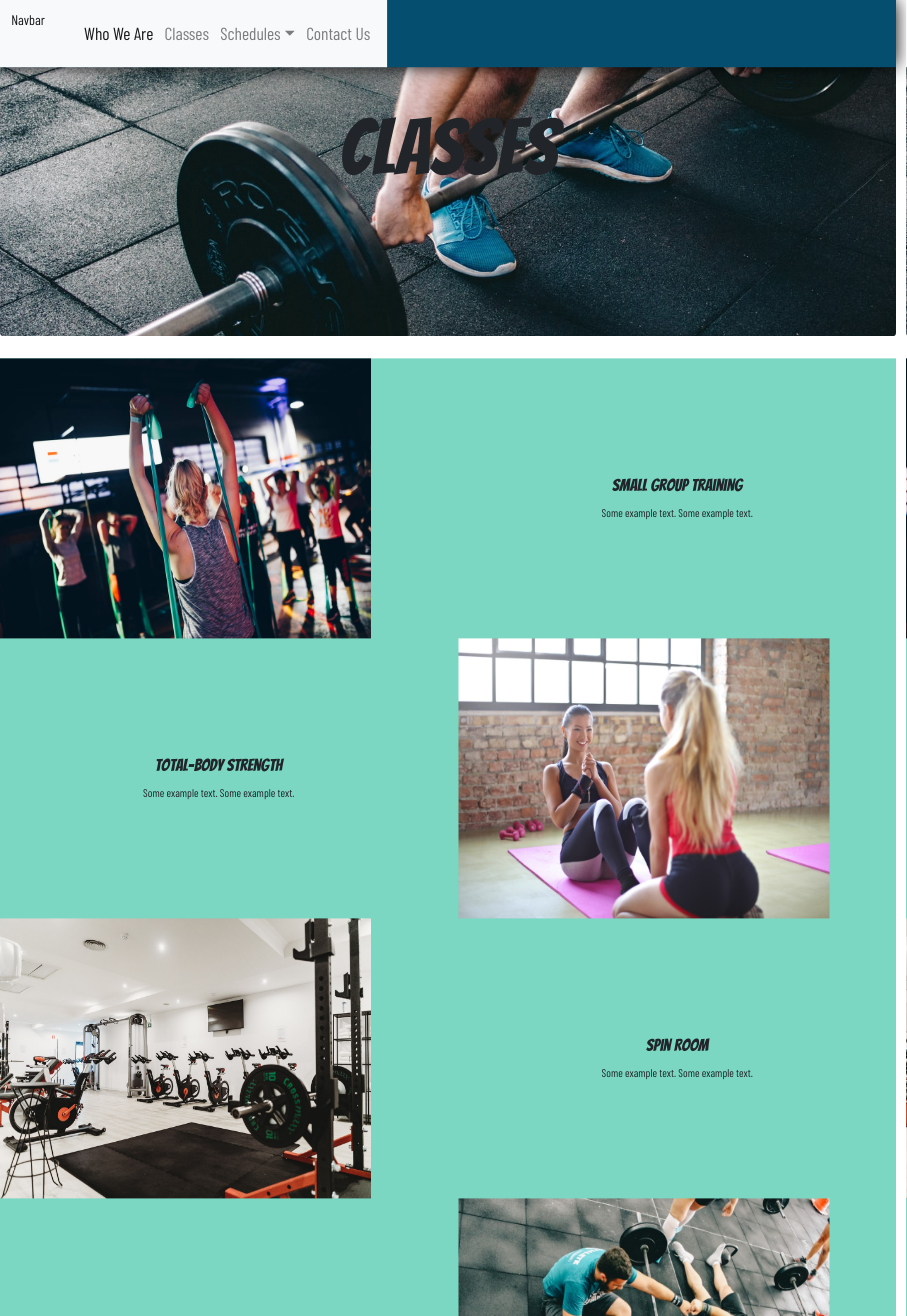
Repository: amybru/sweatitout
Page: classes.html
The author's editor kept a record of every edit. The page is drawn from the files as they stood at one moment, then again after the next edit.
The browser window is 1280 px wide. The page is 1295 px wide, so the pictures cover 1295 px, including what lies to the right of the window. The pictures show the part of the page from y = 0 to 1880 px (the page is 2788 px tall), at 70% of full size.
Some web fonts or font styles are not loaded; a fallback is used. Some web libraries are served in a nearby version.

Above is the page before.

### classes.html
<!DOCTYPE html>
<html>

<head>
    <meta charset="utf-8">
    <meta name="viewport" content="width=device-width, initial-scale=1.0">
    <link rel="stylesheet" href="https://maxcdn.bootstrapcdn.com/bootstrap/4.2.1/css/bootstrap.min.css" type="text/css" />
    <link rel="stylesheet" href="https://maxcdn.bootstrapcdn.com/font-awesome/4.7.0/css/font-awesome.min.css" type="text/css" />
    <link href="https://fonts.googleapis.com/css?family=Bangers|Barlow+Condensed:200,300,400,500,700&display=swap" rel="stylesheet">
    <link rel="stylesheet" type="text/css" href="css/style.css">
    <title>Gym</title>
</head>

<body>

    <header>
        <nav class="navbar navbar-expand-lg navbar-light bg-light">
            <a class="navbar-brand" href="#">Navbar</a>
            <button class="navbar-toggler" type="button" data-toggle="collapse" data-target="#navbarNavDropdown" aria-controls="navbarNavDropdown" aria-expanded="false" aria-label="Toggle navigation">
    <span class="navbar-toggler-icon"></span>
  </button>
            <div class="collapse navbar-collapse" id="navbarNavDropdown">
                <ul class="navbar-nav">
                    <li class="nav-item active">
                        <a class="nav-link" href="#">Who We Are <span class="sr-only">(current)</span></a>
                    </li>
                    <li class="nav-item">
                        <a class="nav-link" href="#">Classes</a>
                    </li>
                    <li class="nav-item dropdown">
                        <a class="nav-link dropdown-toggle" href="#" id="navbarDropdownMenuLink" role="button" data-toggle="dropdown" aria-haspopup="true" aria-expanded="false">Schedules</a>
                        <div class="dropdown-menu" aria-labelledby="navbarDropdownMenuLink">
                            <a class="dropdown-item uppercase" href="./img/2018schedule.pdf" target="_blank">2018 Schedule</a>
                            <a class="dropdown-item uppercase" href="./img/2019schedule.pdf" target="_blank">2019 Schedule</a>
                            <a class="dropdown-item uppercase" href="./img/2019schedule.pdf" target="_blank">2020 Schedule</a>
                        </div>
                    </li>
                    <li class="nav-item">
                        <a class="nav-link" href="#">Contact Us</a>
                    </li>
                </ul>
            </div>
        </nav>
    </header>

    <section class="jumbotron" id="classes-view">
        <div class="row">
            <div class="col-12">
                <section class="callout">
                    <h1 class="gym-name">Classes</h1>
                </section>
            </div>
        </div>
    </section>

    <section class="classesavailable">
        <div class="row align-items-center content">
            <div class="col-md-6 order-2 order-md-1">
                <img src="./img/gymthree.jpg" alt="Small Group" id="optionone">
            </div>
            <div class="col-md-6 text-center order-2 order-md-1">
                <div class="row justify-content-center">
                    <div class="col-10 col-lg-8 blurb">
                        <h4 class="card-title">Small Group Training</h4>
                        <p class="card-text">Some example text. Some example text.</p>
                    </div>
                </div>
            </div>
        </div>

        <div class="row align-items-center content">
            <div class="col-md-6 text-center order-2 order-md-1">
                <div class="row justify-content-center">
                    <div class="col-10 col-lg-8 blurb">
                        <h4 class="card-title">Total-Body Strength</h4>
                        <p class="card-text">Some example text. Some example text.</p>
                    </div>
                </div>
            </div>
            <div class="col-md-6 order-2 order-md-1">
                <img src="./img/gymone.jpeg" alt="Total Body Strength" id="optiontwo">
            </div>
        </div>

        <div class="row align-items-center content">
            <div class="col-md-6 order-2 order-md-1">
                <img src="./img/classesone.jpg" alt="Spin Room" id="optionthree">
            </div>
            <div class="col-md-6 text-center order-2 order-md-1">
                <div class="row justify-content-center">
                    <div class="col-10 col-lg-8 blurb">
                        <h4 class="card-title">Spin Room</h4>
                        <p class="card-text">Some example text. Some example text.</p>
                    </div>
                </div>
            </div>
        </div>

        <div class="row align-items-center content">
            <div class="col-md-6 text-center order-2 order-md-1">
                <div class="row justify-content-center">
                    <div class="col-10 col-lg-8 blurb">
                        <h4 class="card-title">One-On-One Training</h4>
                        <p class="card-text">Some example text. Some example text.</p>
                    </div>
                </div>
            </div>
            <div class="col-md-6 order-2 order-md-1">
                <img src="./img/gymtwo.jpg" alt="One-On-One" id="optionfour">
            </div>
        </div>
    </section>



    <section class="scheduling ">
        <table>
            <tr>
                <td class="weekday">Sunday</td>
                <td class="weekday">Monday</td>
                <td class="weekday">Tuesday</td>
                <td class="weekday">Wednesday</td>
                <td class="weekday">Thursday</td>
                <td class="weekday">Friday</td>
                <td class="weekday">Saturday</td>
            </tr>
            <tr>
                <td></td>
                <td>5:30am Lower-Body Burn</td>
                <td></td>
                <td>6:00am Upper-Body burn</td>
                <td>5:30am Lower-Body Burn</td>
                <td>6:00am Upper-Body Burn</td>
                <td></td>
            </tr>
            <tr>
                <td>7:00am Total Body Strength</td>
                <td></td>
                <td>7:00am Total Body Strength</td>
                <td></td>
                <td>7:00am Total Body Strength</td>
                <td></td>
                <td>7:00am Total Body Strength</td>
            </tr>
            <tr>
                <td>9:00am Spin Room</td>
                <td></td>
                <td></td>
                <td></td>
                <td></td>
                <td>9:00am Spin Room</td>
                <td>9:00am Spin Room</td>
            </tr>
            <tr>
                <td></td>
                <td></td>
                <td></td>
                <td>5:30pm Upper-Body Burn</td>
                <td>6:30pm Lower-Body Burn</td>
                <td>5:30pm Upper-Body Burn</td>
                <td>4:30pm Lower-Body Burn</td>
            </tr>
            <tr>
                <td>7:00pm Total Body Strength</td>
                <td>6:30pm Lower-Body Burn</td>
                <td>7:00pm Total Body Strength</td>
                <td></td>
                <td>7:00pm Total Body Strength</td>
                <td></td>
                <td>7:00pm Spin Room</td>
            </tr>
        </table>
    </section>

    <div class="row" id="schedule">
        <div class="col-sm-6">
            <h5 class="uppercase general-sub">Download the most up to date schedule</h5>
            <a href="./img/2019schedule.pdf" target="_blank" class="schedule-pdf">
                    <i class="fa fa-download" aria-hidden="true"></i>
                    <span class="sr-only">Download link</span>
                </a>
        </div>

        <div class="col-sm-6">
            <h5 class="uppercase general-sub">Questions? Interested in signing up for a class?</h5>
            <a href="contact.html" class="btn btn-lg classesbtn uppercase">Sign up today!</a>
        </div>
    </div>


    <footer class="footer container-fluid" id="footer">
        <div>
            <div id="footer-details">
                <h5 class="footer-name uppercase">SWEAT IT OUT</h5>
                <p class="block">123 1st Street<br> (555) 222-2323</p>
            </div>

            <div class="footer-social">
                <ul class="list-inline social-links">
                    <li class="list-inline-item">
                        <a target="_blank" href="https://www.facebook.com/">
                            <i class="fa fa-facebook" aria-hidden="true"></i>
                            <span class="sr-only"Facebook></span>
                        </a>
                    </li>
                    <li class="list-inline-item">
                        <a target="_blank" href="https://www.yelp.com/">
                            <i class="fa fa-yelp" aria-hidden="true"></i>
                            <span class="sr-only"Yelp></span>
                        </a>
                    </li>
                    <li class="list-inline-item">
                        <a target="_blank" href="https://www.google.com/">
                            <i class="fa fa-google-plus" aria-hidden="true"></i>
                            <span class="sr-only"Google+></span>
                        </a>
                    </li>
                    <li class="list-inline-item">
                        <a target="_blank" href="https://www.instagram.com/">
                            <i class="fa fa-instagram" aria-hidden="true"></i>
                            <span class="sr-only"Instagram></span>
                        </a>
                    </li>
                    <li class="list-inline-item">
                        <a target="_blank" href="https://twitter.com/?lang=en">
                            <i class="fa fa-twitter" aria-hidden="true"></i>
                            <span class="sr-only"Twitter></span>
                        </a>
                    </li>
                </ul>
            </div>
        </div>

    </footer>

</body>

<script src="https://code.jquery.com/jquery-3.3.1.slim.min.js" integrity="sha384-q8i/X+965DzO0rT7abK41JStQIAqVgRVzpbzo5smXKp4YfRvH+8abtTE1Pi6jizo" crossorigin="anonymous"></script>
<script src="https://cdnjs.cloudflare.com/ajax/libs/popper.js/1.14.7/umd/popper.min.js" integrity="sha384-UO2eT0CpHqdSJQ6hJty5KVphtPhzWj9WO1clHTMGa3JDZwrnQq4sF86dIHNDz0W1" crossorigin="anonymous"></script>
<script src="https://stackpath.bootstrapcdn.com/bootstrap/4.3.1/js/bootstrap.min.js" integrity="sha384-JjSmVgyd0p3pXB1rRibZUAYoIIy6OrQ6VrjIEaFf/nJGzIxFDsf4x0xIM+B07jRM" crossorigin="anonymous"></script>

</html>

### css/style.css
/* ----------------------------------------General */

body {
    font-family: 'Barlow Condensed', sans-serif;
    font-size: 400;
    margin-top: 80px;
}

h1 {
    font-family: 'Bangers', sans-serif;
}

.card-button {
    display: block;
    max-width: 300px;
    margin: auto;
    font-family: 'Bangers', sans-serif;
    font-weight: bold;
    border-radius: 23px;
    width: 160px;
    margin-top: 20px;
    background-color: #054e6f;
    color: #fbffff;
}

.card-button:hover {
    background-color: #ffd900;
    color: #fbffff;
}

.reviewb {
    background-color: #054e6f;
    color: #fbffff;
    border-radius: 23px;
    font-family: 'Bangers', sans-serif;
}

.reviewb:hover {
    background-color: #67c60a;
    color: #fbffff;
}

.modalbtn {
    color: white;
    background-color: #f05f40;
    border-color: #f05f40;
    border-radius: 23px;
    font-family: 'Bangers', sans-serif;
}

.landingbutton {
    color: white;
    background-color: #f05f40;
    border-color: #f05f40;
    border-radius: 23px;
    font-family: 'Bangers', sans-serif;
}

.free-button {
    display: block;
    max-width: 500px;
    margin: auto;
    font-family: 'Bangers', sans-serif;
    font-weight: bold;
    border-radius: 23px;
    width: 300px;
    margin-top: 40px;
    background-color: #054e6f;
    color: #fbffff;
}

.free-button:hover {
    background-color: #67c60a;
    color: #fbffff;
}

.btn-contact[type="submit"] {
    margin-top: 20px;
    margin-bottom: 30px;
    color: #000;
    background-color: #ffd900;
    font-family: 'Bangers', sans-serif;
}

.btn-contact:hover {
    color: #ffd900;
    background-color: #000;
}

.uppercase {
    text-transform: uppercase;
}

/* ----------------------------------------Navbar*/

header {
    background-color: #054e6f;
    color: #fbffff;
    position: fixed;
    top: 0;
    left: 0;
    right: 0;
    display: flex;
    box-shadow: 0 0 25px 0 #000;
    z-index: 1;
}


.navbar-brand {
    width: 80px;
    height: 80px;
    transition: transform .2s;
}

.navbar-brand:hover {
    transform: scale(1.25);
}

.navbar-nav li a {
    text-decoration: none;
    color: white;
    font-size: 25px;
    border-radius: 23px;
    text-align: right;
    transition-property: background-color;
    transition-duration: .5s;
    transition-timing-function: ease-in-out;
}

.navbar-nav li a:hover {
    color: #054e6f;
    background-color: #fbffff;
    border-radius: 23px;
}

.dropdown-menu {
    background-color: #ffd900;
    color: #054e6f;
    position: relative;
}

.dropdown-item {
    background-color: #ffd900;
    color: #054e6f;
    border-radius: 23px;
}

.dropdown-item:hover {
    color: #054e6f;
    background-color: #fbffff;
    transition-property: background-color;
    transition-duration: .5s;
    transition-timing-function: ease-in-out;
}

/* ---------------------------------------Jumbotrons */

.jumbotron {
    height: 22em;
    display: flex;
    justify-content: center;
    text-align: center;
    position: relative;
}

#landing-view {
    background-image: url("../img/gymfive.jpeg");
    height: 400px;
    background-position: center;
    background-repeat: no-repeat;
    background-size: cover;
    text-align: center;
}

#about-view {
    background-image: url("../img/gymfive.jpeg");
    height: 400px;
    background-position: center;
    background-repeat: no-repeat;
    background-size: cover;
    text-align: center;
}

#classes-view {
    background-image: url("../img/gymfour.jpg");
    height: 400px;
    background-position: center;
    background-repeat: no-repeat;
    background-size: cover;
    text-align: center;
}

#contact-view {
    background-image: url("../img/gymone.jpeg");
    height: 400px;
    background-position: center;
    background-repeat: no-repeat;
    background-size: cover;
    text-align: center;
}

/* ----------------------------------------Footer */

.footer {
    min-height: 130px;
    margin: 0;
    padding-bottom: 0;
}

footer {
    background-color: #054e6f;
    color: #fbffff;
    text-align: center;
}

.social-links {
    padding-bottom: 15px;
}

.social-links li a i {
    width: 32px;
    height: 32px;
    padding: 12px 0;
    border-radius: 50%;
    font-size: 13px;
    line-height: 7px;
    text-align: center;
    color: #fbffff;
    background: #000;
    transition: all 0.35s ease-in-out;
    -moz-transition: all 0.35s ease-in-out;
    -webkit-transition: all 0.35s ease-in-out;
    -o-transition: all 0.35s ease-in-out;
}

.social-links li a i:hover {
    background-color: #ffd900;
}

#footer-details {
    padding: 20px;
}

/* ----------------------------------------Home page styles */

.bg-color-about-landing {
    background-color: #fbffff;
    padding-top: 10px;
    margin-top: 10px;
    margin-bottom: 35px;
}

.bg-color-services-landing {
    background-color: #7bd7c2;
    padding: 40px;
}

.bg-color-review-landing {
    background-color: #ffd900;
}

.about-landing-page h3 {
    font-size: 60px;
    font-family: 'Bangers', sans-serif;
}

.about-landing-page p {
    font-size: 30px;
}

.gym-name {
    font-size: 7em;
}

.card-main {
    margin: 20px 10px;
    transition: transform .2s;
}

.card-main:hover {
    transform: scale(1.25);
}

.card-title {
    font-family: 'Bangers', sans-serif;
}

.review {
    padding-top: 3em;
    padding-bottom: 2em;
    margin: 0;
}

#reviews {
    font-family: 'Bangers', sans-serif;
    font-size: 40px;
}

/* ----------------------------------------About Page styles */

.about-about {
    background-color: #fbffff;
    margin: 0;
}

.about-about p {
    font-size: 35px;
}

.about-gallery {
    background-color: #7bd6c2;
    padding: 20px;
    margin: 0;
}

.about-gallery .flex {
    display: flex;
    margin-bottom: 25px;
    margin-top: 45px;
    align-items: center;
    padding: 40px;
}

.about-gallery h2 {
    margin-bottom: 40px;
    font-family: 'Bangers', sans-serif;
    font-size: 55px;
    padding-top: 20px;
    padding-left: 30px;
}

.about-gallery h3 {
    font-weight: 400;
    width: 100%;
    font-size: 32px;
    font-family: 'Bangers', sans-serif;
    line-height: 1;
}

.about-gallery p {
    font-weight: 400;
    margin-top: 5px;
    font-size: 18px;
    max-width: 600px;
    text-align: justify;
}

.about-gallery .photo {
    width: 208px;
    height: 211px;
    border-radius: 50%;
    position: relative;
}

.about-gallery .border {
    border: 5px solid #fbffff;
}

.instructor-details {
    padding-left: 30px;
    padding-right: 100px;
}


.about-skills {
    background-color: #054e6f;
    padding-top: 20px;
    padding-bottom: 30px;
    margin: 0;
}

.about-skills h3 {
    font-family: 'Bangers', sans-serif;
    font-size: 60px;
    text-align: center;
    color: #fff;
}

.about-skills h4 {
    font-family: 'Bangers', sans-serif;
    font-size: 30px;
    color: #ffd900;
}

.about-skills p {
    margin-bottom: 0;
    padding: 0;
    text-align: right;
    color: #fbffff;
}

.about-signup {
    background-color: #ffd900;
    text-align: center;
    padding-top: 50px;
    padding-bottom: 20px;
}

.about-signup h3 {
    font-family: 'Bangers', sans-serif;
    font-size: 55px;
}

.about-signup p {
    font-size: 30px;
}

/* ----------------------------------------Classes page styles*/

.classesavailable {
    background-color: #7bd7c2;
    width: 100%;
}

.options {
    margin: 10px 20px;
}

#optionone {
    height: 400px;
    width: 530px;
    margin-left: 0;
    background-position: center;
    background-repeat: no-repeat;
    background-size: cover;
    text-align: center;
}

#optiontwo {
    height: 400px;
    width: 530px;
    margin-right: 0;
    background-position: center;
    background-repeat: no-repeat;
    background-size: cover;
    text-align: center;
}

#optionthree {
    height: 400px;
    width: 530px;
    margin-left: 0;
    background-position: center;
    background-repeat: no-repeat;
    background-size: cover;
    text-align: center;
}

#optionfour {
    height: 400px;
    width: 530px;
    margin-right: 0;
    background-position: center;
    background-repeat: no-repeat;
    background-size: cover;
    text-align: center;
}



table {
    border-collapse: collapse;
    border: 2px solid rgb(200, 200, 200);
    letter-spacing: 1px;
    font-size: 0.8rem;
    margin-bottom: 10px;
    margin-top: 30px;
}

.weekday {
    font-family: 'Bangers', sans-serif;
    font-size: 20px;

}

td,
th {
    border: 1px solid rgb(190, 190, 190);
    padding: 10px 20px;
}

th {
    background-color: rgb(235, 235, 235);
}

td {
    text-align: center;
}

@media only screen and (max-width: 1026px) {
  .scheduling  {
    display: none;
  }
}

.schedule-pdf i {
    font-size: 25px;
    color: #ffd900;
    background-color: #054e6f;
    width: 45px;
    height: 45px;
    padding: 20px 0px;
    border-radius: 50%;
    line-height: 6px;
    text-align: center;
    transition: all 0.35s ease-in-out;
    -moz-transition: all 0.35s ease-in-out;
    -webkit-transition: all 0.35s ease-in-out;
    -o-transition: all 0.35s ease-in-out;
}

.schedule-pdf i:hover {
    color: #054e6f;
    background-color: #ffd900;
}

.classesbtn {
    background-color: #054e6f;
    color: #ffd900;
    border-radius: 23px;
    font-family: 'Bangers', sans-serif;
}

.classesbtn:hover {
    background-color: #ffd900;
    color: #054e6f;
}

#schedule {
    padding: 15px;
}

#schedule h5 {
    font-family: 'Bangers', sans-serif;
    font-size: 2.5em;
}


/* ----------------------------------------Contact page styles*/

.column {
    float: left;
    margin-top: 0px;
    padding-top: 10px;
    margin-bottom: 30px;
}

.left {
    width: 40%;
    background-color: #67c60a;
    text-align: center;
}

.right {
    width: 60%;
    background-color: #fbffff;
    justify-content: center;
}

.contact-gym-name {
    font-family: 'Bangers', sans-serif;
    font-size: 50px;
}

.contact-info-item .key {
    font-size: 30px;
    font-weight: 600;
}

.contact-info-item .value {
    font-size: 25px;
}


.contact-gym-hours {
    font-family: 'Bangers', sans-serif;
    font-size: 40px;
}

.buisness-info-item {
    background-color: white;
}

.buisness-info-item .key {
    font-size: 30px;
    font-weight: 600;
}

.buisness-info-item .value {
    font-size: 25px
}

.contact-form {
    padding-left: 100px;
    padding-right: 100px;
}

form {
    padding-top: 15px;
}

.contact-form h3 {
    font-family: 'Bangers', sans-serif;
    font-size: 50px;
}

.contact-form h5 {
    font-family: 'Bangers', sans-serif;
    font-size: 30px;
}

.contact-heading {
    font-family: 'Bangers', sans-serif;
    font-size: 50px;
}

After the next edit:
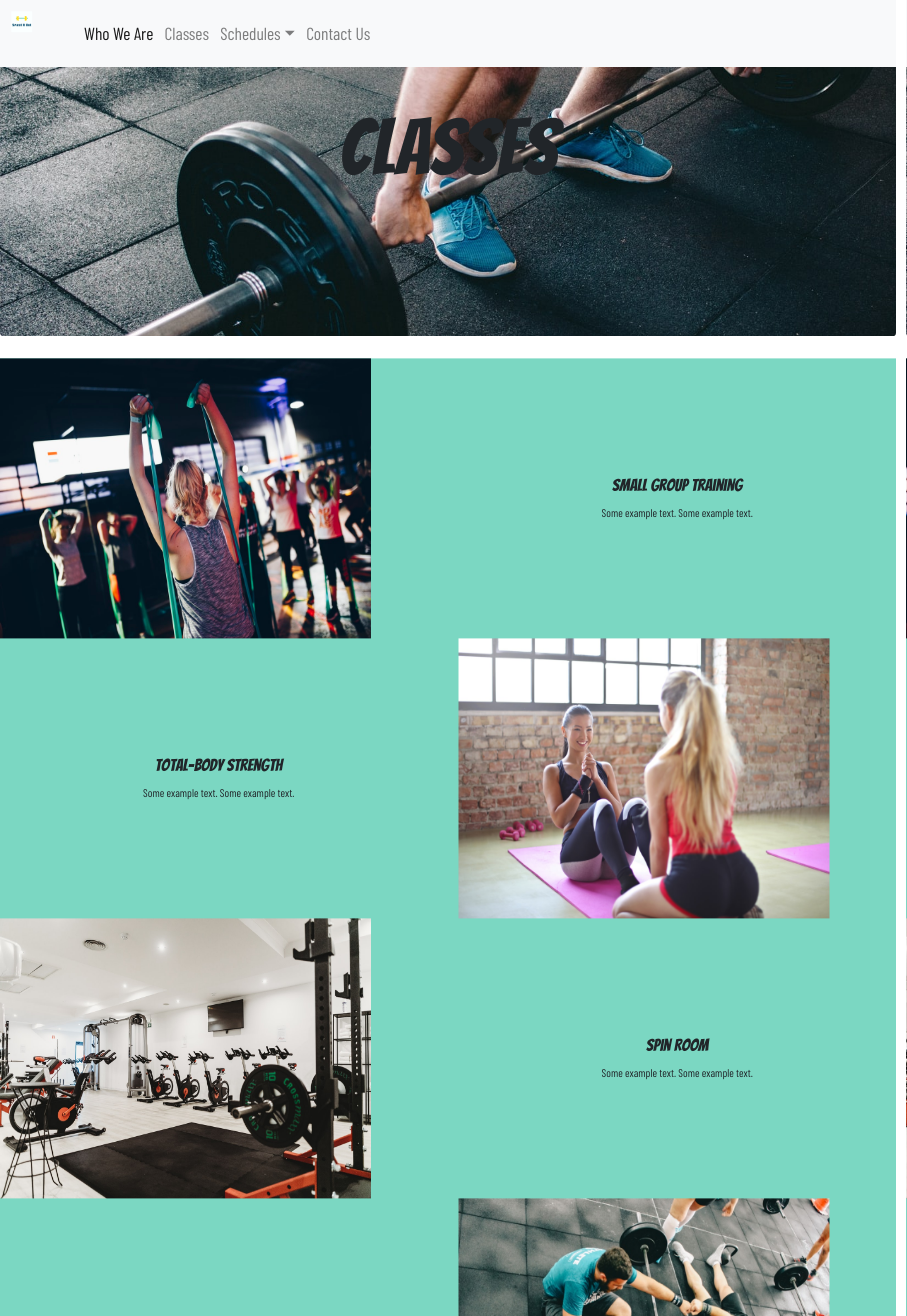
The edit:
--- a/classes.html
+++ b/classes.html
@@ -14,8 +14,10 @@
 <body>
 
     <header>
-        <nav class="navbar navbar-expand-lg navbar-light bg-light">
-            <a class="navbar-brand" href="#">Navbar</a>
+        <nav class="navbar navbar-expand-lg navbar-light bg-light fixed-top">
+             <a class="navbar-brand" href="#">
+    <img src="./img/logo.png" width="30" height="30" alt="">
+  </a>
             <button class="navbar-toggler" type="button" data-toggle="collapse" data-target="#navbarNavDropdown" aria-controls="navbarNavDropdown" aria-expanded="false" aria-label="Toggle navigation">
     <span class="navbar-toggler-icon"></span>
   </button>
